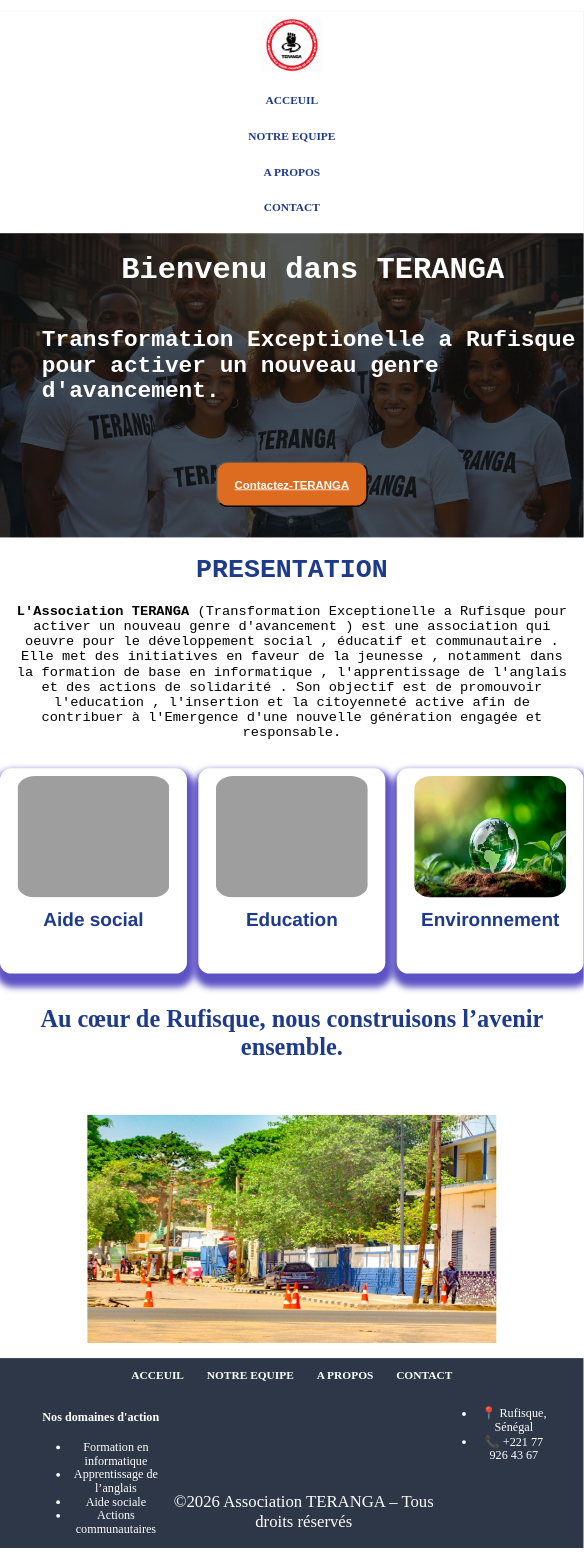
Repository: assanendao171/projet-teranga
Page: acceuil.html
An editor plug-in stored every save of this project. The page is shown before and after the next save, followed by the edit.
The browser window is 768 px wide. The pictures show the whole page, at 76% of full size.
Pictures or frames that could not be fetched are drawn as grey boxes.

Above is the page before, as saved 2026-02-13 13:08:09.

### acceuil.html
<!doctype html>
<html lang="en">
  <head>
    <meta charset="UTF-8" />
    <meta name="viewport" content="width=device-width, initial-scale=1.0" />
    <title>Document</title>
    <link rel="stylesheet" href="acceuil.css" />
  </head>
  <body>
    <!-- l'entete -->
    <header>
      <!-- logo -->
       <div class="contain-logo">
      <img src="image/logo.jpeg" alt="" class="logo" />
      </div>
      <div class="btn-nav">
        <nav>
          <a href="acceuil.html" target="_blank">ACCEUIL</a>
          <a href="equipe.html" target="_blank">NOTRE EQUIPE</a>
          <a href="propos.html" target="_blank">A PROPOS</a>
          <a href="contact.html" target="_blank">CONTACT</a>

        </nav>
      </div>
    </header>
    <!-- le hero -->
    <div class="hero">
      <div class="texte-accrosse">
        <h1>Bienvenu dans TERANGA</h1>
        <h2>
          Transformation Exceptionelle a Rufisque pour activer un nouveau genre
          d'avancement.
        </h2>
      </div>
      <!-- btn-hero -->
      <div class="btn">
        <button class="btn-hero">
          <a href="contact.html" target="_blank">Contactez-TERANGA</a>
        </button>
      </div>
    </div>
    <!-- le corps -->
    <main>
      <h1 id="h-presentation">PRESENTATION</h1>
      <p id="p-presentation">
        <strong>L'Association TERANGA </strong> (Transformation Exceptionelle a
        Rufisque pour activer un nouveau genre d'avancement ) est une
        association qui oeuvre pour le développement social , éducatif et
        communautaire . Elle met des initiatives en faveur de la jeunesse ,
        notamment dans la formation de base en informatique , l'apprentissage de
        l'anglais et des actions de solidarité . Son objectif est de promouvoir
        l'education , l'insertion et la citoyenneté active afin de contribuer à
        l'Emergence d'une nouvelle génération engagée et responsable.
      </p>
      <div class="contain-image">
        <div class="image1">
          <img
            src="image/aidesocial.jpg"
            alt="aide social"
            class="image-aide" />
          <span id="texte-aide-social">Aide social</span>
        </div>
        <!-- ____________________ -->
        <div class="image1">
          <img src="image/education.jpg" alt="education" class="image-aide" />
          <span id="texte-aide-social">Education</span>
        </div>
        <!-- ___________________________________ -->
        <div class="image1">
          <img
            src="image/environnement.jpg"
            alt="environnement"
            class="image-aide" />
          <span id="texte-aide-social">Environnement</span>
        </div>
      </div>
      <div id="titre-finale">
        <h1>Au cœur de Rufisque, nous construisons l’avenir ensemble.</h1>
      </div>
      <div id="lastphoto">
        <img
          src="image/lastphoto.jpeg"
          alt="image rufisque"
          class="lastphoto" />
      </div>
    </main>
    <!-- le pieds -->
    <footer>
      <div class="bloc-footer">
      <nav class="btn-footer">
        <a href="acceuil.html" target="_blank">ACCEUIL</a>
        <a href="equipe.html" target="_blank">NOTRE EQUIPE</a>
        <a href="propos.html" target="_blank">A PROPOS</a>
        <a href="contact.html" target="_blank">CONTACT</a>

      </nav>
      <div class="contain-footer">
        <div class="liste-footer">
          <h4>Nos domaines d'action</h4>
          <ul>
            <li>Formation en informatique</li>
            <li>Apprentissage de l’anglais</li>
            <li>Aide sociale</li>
            <li>Actions communautaires</li>
          </ul>
        </div>
        <div class="copyright">
          <p>&copy;2026 Association TERANGA – Tous droits réservés</p>
        </div>
        <div class="contact">
          <ul>
            <li>📍 Rufisque, Sénégal</li>
            <li>📞 +221 77 926 43 67</li>
          </ul>
        </div>
      </div>
      </div>
    </footer>
  </body>
</html>

### acceuil.css
body {
  margin: 15px 0 5px 0;
}
header {
  width: 100%;
  height: 80px;
  background-color: #ffffff;
  box-shadow: 2px 6px 6px 6px rgba(0, 0, 0, 0.1);
  display: flex;
  align-items: center;
  justify-content: center;
  gap: 800px;
}
nav a {
  margin: 15px;
  color: #1e3a8a;
  text-decoration: none;
  font-size: 15px;
  font-weight: 900;
}
nav a:hover {
  text-decoration: underline;
}
.logo {
  width: 80px;
  left: 10px;
}
.hero {
  width: 100%;
  height: 600px;
  background-image:
    linear-gradient(rgba(0, 0, 0, 0.6), rgba(0, 0, 0, 0.6)),
    url("image/background.jpeg");
  background-size: cover;
  background-position: top;
  background-repeat: no-repeat;
}
.texte-accrosse {
  display: flex;
  flex-direction: column;
  justify-content: center;
  align-items: center;
  color: rgb(255, 255, 255);
  font-size: 35px;
  font-family: "Courier New", Courier, monospace;
  margin-left: 55px;
}
.btn-hero {
  width: 200px;
  height: 60px;
  border-radius: 15px;
  background-color: #dd6b20;
  font-size: 15px;
  font-weight: 600;
  color: #ffffff;
}
.btn-hero a {
  color: #ffffff;
}
.btn {
  padding: 50px;
  display: flex;
  flex-direction: column;
  justify-content: center;
  align-items: center;
}
#h-presentation {
  color: #1e3a8a;

  text-align: center;
  font-size: 35px;
  font-family: "Courier New", Courier, monospace;
}
#p-presentation {
  text-align: center;
  font-size: 18px;
  font-family: "Courier New", Courier, monospace;
  margin: 5px;
}
.contain-image {
  padding-top: 30px;
  display: flex;
  gap: 35px;
  text-align: center;
  justify-content: center;
  align-items: center;
}
.image1 {
  width: 300px;
  height: 310px;
  text-align: center;
  background-color: rgb(255, 255, 255);
  border-radius: 15px;
  box-shadow: 2px 10px 8px 8px rgba(49, 34, 180, 0.781);
  color: #1e3a8a;
}
.image-aide {
  width: 240px;
  height: 200px;
  padding: 20px;
  border-radius: 15%;
}
.image-aide:hover {
  transition: 0.5s;
  transform: scale(1.1);
}
#texte-aide-social {
  font-size: 25px;
  font-weight: bold;
  font-family: "Franklin Gothic Medium", "Arial Narrow", Arial, sans-serif;
}
.lastphoto {
  padding-top: 50px;
  width: 70%;
  height: 350px;
}
#lastphoto {
  display: flex;
  flex-direction: column;
  justify-content: center;
  align-items: center;
}
#titre-finale {
  display: flex;
  flex-direction: column;
  justify-content: center;
  align-items: center;
  padding-top: 20px;
  color: #1e3a8a;
}
footer {
  background-color: #2d3748;
  width: 100%;
  height: 230px;
  margin-top: 20px;
}
.btn-footer {
  display: flex;
  flex-direction: row;
  justify-content: center;
}
.btn-footer a {
  padding: px;
  color: #ffffff;
  margin: 10x;
  font-size: 15px;
}
.liste-footer {
  margin-left: 10px;
  color: #ffffff;
}
.contact {
  display: flex;
  flex-direction: row;
  justify-content: flex-end;
  color: #ffffff;
}
.contain-footer {
  display: flex;
  flex-direction: row;
  justify-content: space-between;
}
.copyright {
  color: #ffffff;
  font-size: 22px;
  display: flex;
  flex-direction: column;
  justify-content: flex-end;
}

/* mediaquery pour mobile*/
@media screen and (max-width: 768px) {
  * {
    box-sizing: border-box;
  }
  html,
  body {
    width: 100%;
    overflow-x: hidden;
  }
  header {
    width: 100%;
    height: auto;
    background-color: #ffffff;
    box-shadow: 2px 6px 6px 6px rgba(0, 0, 0, 0.1);
    gap: 10px;
    display: flex;
    flex-direction: column;
    justify-content: space-between;
    align-items: center;
    padding: 10px 20px;
  }

  nav {
    display: flex;
    flex-direction: column;
    justify-content: center;
    align-items: center;
  }
  nav a {
    margin: 15px;
    color: #1e3a8a;
    text-decoration: none;
    font-size: 15px;
    font-weight: 900;
  }
  nav a:hover {
    text-decoration: underline;
  }
.hero {
  width: 100%;
  height: 400px;
  background-image:
    linear-gradient(rgba(0, 0, 0, 0.6), rgba(0, 0, 0, 0.6)),
    url("image/background.jpeg");
  background-size: cover;
  background-position: top;
  background-repeat: no-repeat;
}
.texte-accrosse {
  display: flex;
  flex-direction: column;
  justify-content: center;
  align-items: center;
  color: rgb(255, 255, 255);
  font-size: 20px;
  font-family: "Courier New", Courier, monospace;
  margin-left: 55px;
}
#p-presentation {
  text-align: center;
  font-size: 18px;
  font-family: "Courier New", Courier, monospace;
  margin: 12px;
}
.contain-image {
  padding-top: 25px;
  display: flex;
  gap: 15px;
  text-align: center;
  justify-content: center;
  align-items: center;
}
.image1 {
  width: 280px;
  height: 270px;
  text-align: center;
  background-color: rgb(255, 255, 255);
  border-radius: 15px;
  box-shadow: 2px 10px 8px 8px rgba(49, 34, 180, 0.781);
  color: #1e3a8a;
}
.image-aide {
  width: 220px;
  height: 180px;
  padding: 10px;
  border-radius: 15%;
}
#titre-finale {
text-align: center;
  padding-top: 20px;
  color: #1e3a8a;
}
footer {
    display: flex;
  background-color: #2d3748;
  width: 100%;
  height: auto;
  margin-top: 20px;
  flex-direction: column;
  justify-content: center;
  align-items: center;
}
.btn-footer,.liste-footer,.copyright,.contact{
   text-align:center;
}
.bloc-footer{
    display: flex;
    flex-direction: column;
    justify-content: center; /* espace entre les 3 blocs */
    align-items: center; /* 🔥 aligne verticalement */
    padding: 0 40px;
}
.copyright {
  color: #ffffff;
  font-size: 22px;
}
}

After the next save:
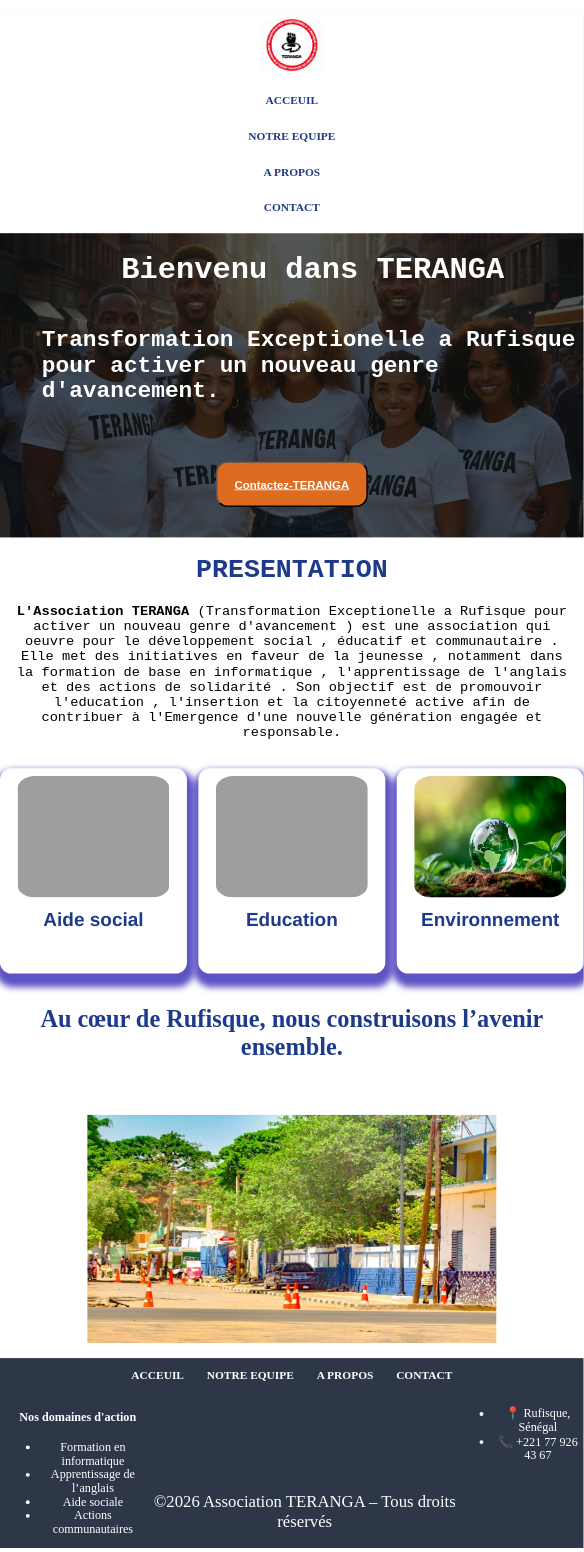
Saved 2 min 8 s later.
--- a/acceuil.css
+++ b/acceuil.css
@@ -275,11 +275,14 @@ footer {
    text-align:center;
 }
 .bloc-footer{
+.bloc-footer{
     display: flex;
     flex-direction: column;
-    justify-content: center; /* espace entre les 3 blocs */
-    align-items: center; /* 🔥 aligne verticalement */
-    padding: 0 40px;
+    align-items: center;
+    text-align: center;
+    gap: 25px;
+}
+
 }
 .copyright {
   color: #ffffff;
